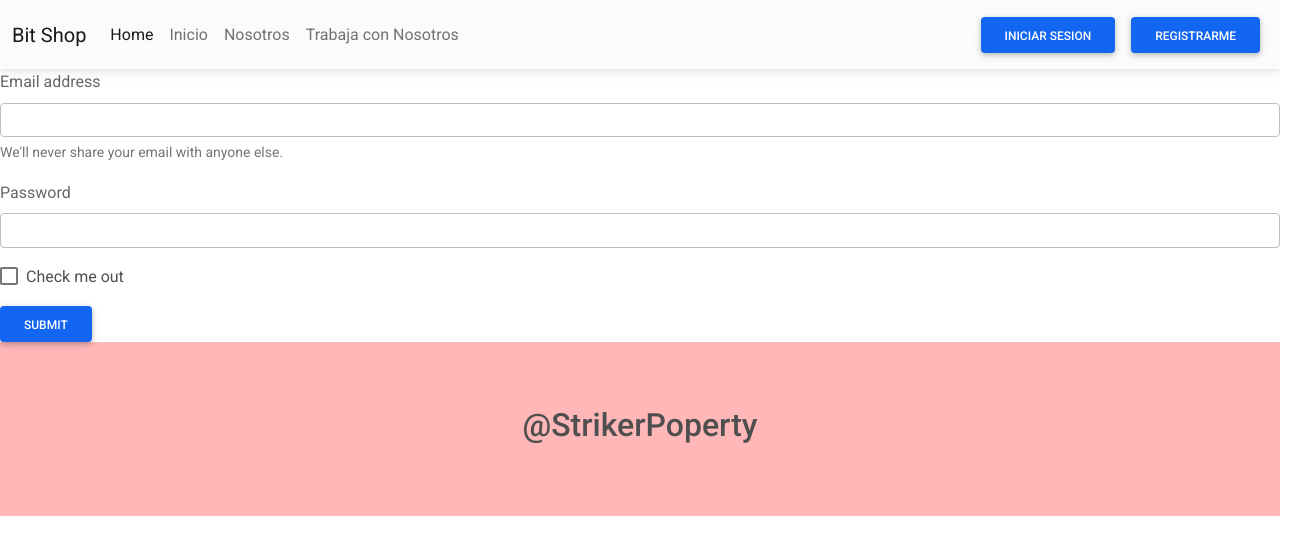
Repository: TzStrikerYT/myClassRoom
Page: /login (app in bit-shop-front/)
These files come from the project's save history. The page is drawn as it stood at one moment and after the next save; the edit follows.
The browser window is 1280 px wide. The page is 1280 px wide, then 1292 px, so the pictures cover 1292 px, including what lies to the right of the window. The pictures show the whole page.
The project was rebuilt for these pictures with package versions that can differ from the ones it lists, and the page was loaded fresh each time. Also part of the build but not shown: bit-shop-front/angular.json, bit-shop-front/src/app/components/home/home.component.ts, bit-shop-front/src/app/components/not-found/not-found.component.ts.

Above is the page before, as saved 2022-02-23 18:50:50.

After the next save:
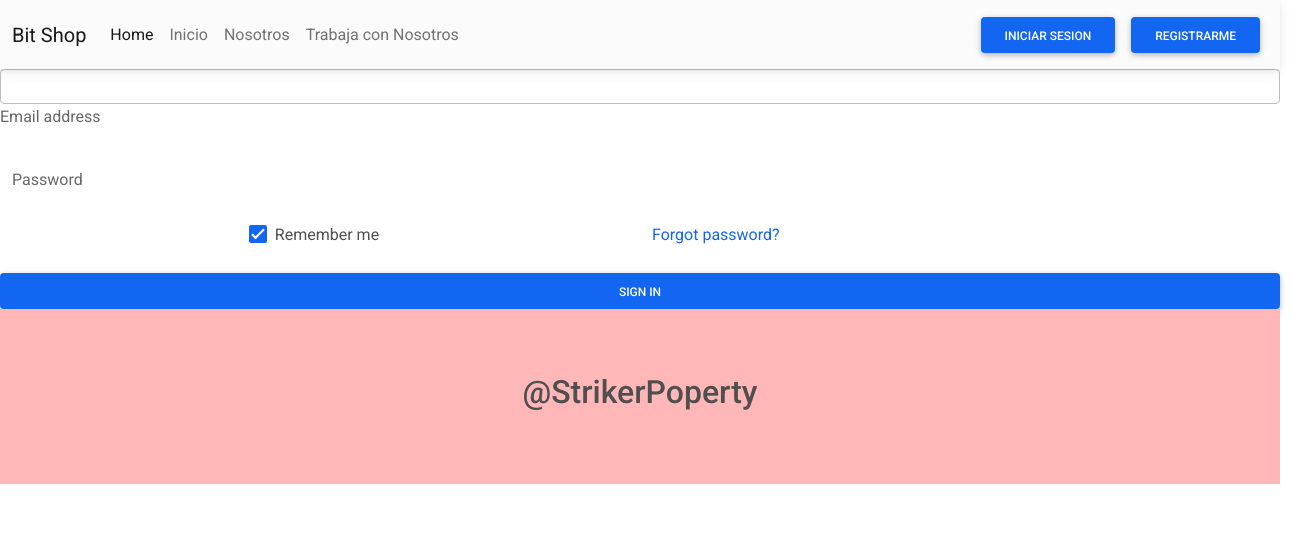
Saved 33 s later.
--- a/bit-shop-front/src/app/components/login/login.component.html
+++ b/bit-shop-front/src/app/components/login/login.component.html
@@ -1,16 +1,32 @@
 <form>
-    <div class="mb-3">
-      <label for="exampleInputEmail1" class="form-label">Email address</label>
-      <input type="email" class="form-control" id="exampleInputEmail1" aria-describedby="emailHelp">
-      <div id="emailHelp" class="form-text">We'll never share your email with anyone else.</div>
+    <!-- Email input -->
+    <div class="mb-4">
+      <input type="email" id="form1Example1" class="form-control" />
+      <label class="form-label" for="form1Example1">Email address</label>
     </div>
-    <div class="mb-3">
-      <label for="exampleInputPassword1" class="form-label">Password</label>
-      <input type="password" class="form-control" id="exampleInputPassword1">
+
+    <!-- Password input -->
+    <div class="form-outline mb-4">
+      <input type="password" id="form1Example2" class="form-control" />
+      <label class="form-label" for="form1Example2">Password</label>
     </div>
-    <div class="mb-3 form-check">
-      <input type="checkbox" class="form-check-input" id="exampleCheck1">
-      <label class="form-check-label" for="exampleCheck1">Check me out</label>
+
+    <!-- 2 column grid layout for inline styling -->
+    <div class="row mb-4">
+      <div class="col d-flex justify-content-center">
+        <!-- Checkbox -->
+        <div class="form-check">
+          <input class="form-check-input" type="checkbox" value="" id="form1Example3" checked />
+          <label class="form-check-label" for="form1Example3"> Remember me </label>
+        </div>
+      </div>
+
+      <div class="col">
+        <!-- Simple link -->
+        <a href="#!">Forgot password?</a>
+      </div>
     </div>
-    <button type="submit" class="btn btn-primary">Submit</button>
+
+    <!-- Submit button -->
+    <button type="submit" class="btn btn-primary btn-block">Sign in</button>
   </form>
